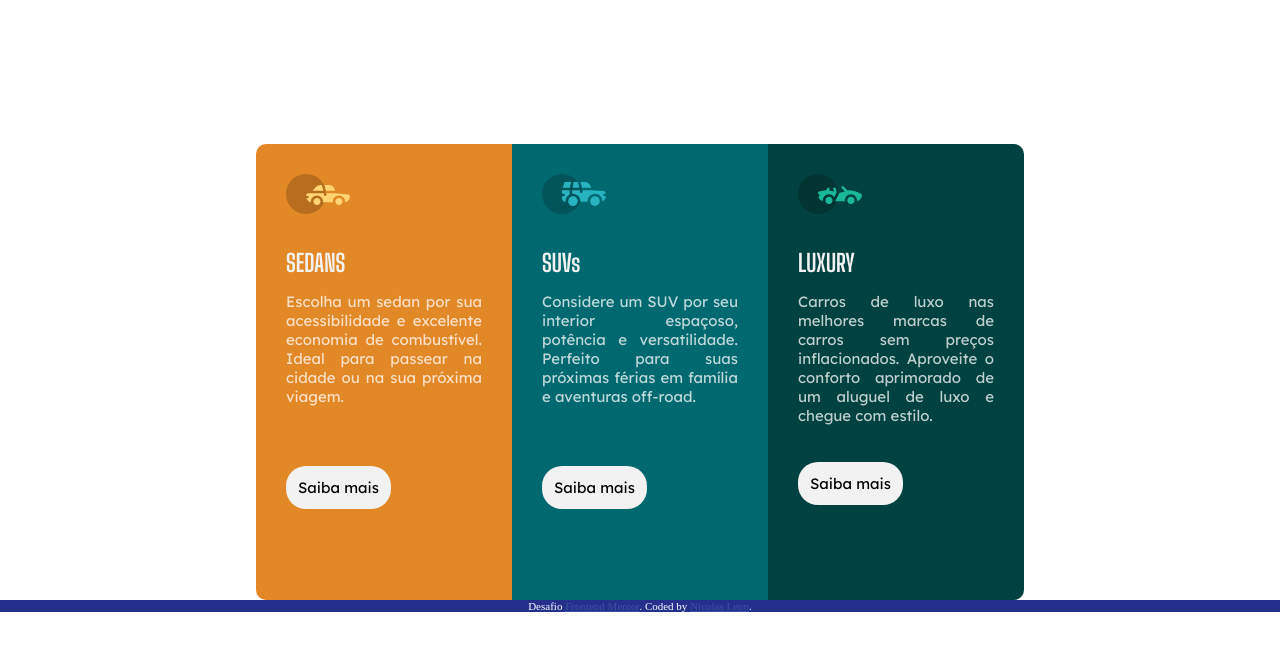
Repository: Leonngc/Car-cards
Page: index.html
An editor plug-in stored every save of this project. The page is shown before and after the next save, followed by the edit.
The browser window is 1280 px wide. The pictures show the whole page.

Above is the page before, as saved 2023-01-17 19:18:59.

### index.html
<!DOCTYPE html>
<html lang="pt-br">
  <head>
    <meta charset="UTF-8" />
    <meta name="viewport" content="width=device-width, initial-scale=1.0" />
    <!-- displays site properly based on user's device -->

    <link
      rel="icon"
      type="image/png"
      sizes="32x32"
      href="./images/favicon-32x32.png"
    />

    <link rel="stylesheet" href="styles/style.css" />

    <title>Frontend Mentor | 3-column preview card component</title>

    <!-- Feel free to remove these styles or customise in your own stylesheet 👍 -->
    <style>
      .attribution {
        font-size: 11px;
        text-align: center;
      }
      .attribution a {
        color: hsl(228, 45%, 44%);
      }
    </style>
  </head>
  <body>
    <main>
      <div class="card" id="sedan">
        <div class="image"><img src="images/icon-sedans.svg" alt="" /></div>
        <h2>SEDANS</h2>
        <p>
          Escolha um sedan por sua acessibilidade e excelente economia de
          combustível. Ideal para passear na cidade ou na sua próxima viagem.
        </p>
        <button>Saiba mais</button>
      </div>
      <div class="card" id="suv">
        <div class="image"><img src="images/icon-suvs.svg" alt="" /></div>

        <h2>SUVs</h2>
        <p>
          Considere um SUV por seu interior espaçoso, potência e versatilidade.
          Perfeito para suas próximas férias em família e aventuras off-road.
        </p>
        <button>Saiba mais</button>
      </div>
      <div class="card" id="luxury">
        <div class="image"><img src="images/icon-luxury.svg" alt="" /></div>
        <h2>LUXURY</h2>
        <p>
          Carros de luxo nas melhores marcas de carros sem preços inflacionados.
          Aproveite o conforto aprimorado de um aluguel de luxo e chegue com
          estilo.
        </p>
        <button>Saiba mais</button>
      </div>
    </main>

    <footer class="attribution">
      Desafio
      <a href="https://www.frontendmentor.io?ref=challenge" target="_blank"
        >Frontend Mentor</a
      >. Coded by <a href="#">Nicolas Leon</a>.
    </footer>
  </body>
</html>

### styles/style.css
@import url('https://fonts.googleapis.com/css2?family=Lexend+Deca&display=swap');

@import url('https://fonts.googleapis.com/css2?family=Big+Shoulders+Display:wght@700&display=swap');

*{
    margin: 0 auto;
    padding: 0;
}

:root{
    --font-body: 'Lexend Deca', sans-serif;

    --font-title: 'Big Shoulders Display', cursive;
}


/* Basic styles */


main{
    display: flex;
    margin: auto;
    margin-top: 20vh;
    margin-left: 20vw;
    margin-right: 20vw;
}
.card{
    padding: 30px;
    height: 55vh;
    width: 90vw;
}
.card > p{
    font-family: var(--font-body);
    margin-bottom: 60px;
    text-align: justify;
    font-size: 15px;
    color: hsla(0, 0%, 100%, 0.75);
}
.card > h2{
    font-family: var(--font-title);
    padding-top: 30px;
    padding-bottom:15px;
    color:  hsl(0, 0%, 95%);
}

#sedan{
    background-color: hsl(31, 77%, 52%);
    border-top-left-radius: 10px;
    border-bottom-left-radius: 10px;
}

#suv{
   background-color:hsl(184, 100%, 22%)
}

#luxury{
    background-color: hsl(179, 100%, 13%);
    border-top-right-radius: 10px;
    border-bottom-right-radius: 10px;
}

#luxury > p{
    margin-bottom: 37px;
}

button{
    padding: 12px;
    border-radius: 20px;
    background-color: hsl(0, 0%, 95%);
    border: 0;
    font-family: var(--font-body);
    font-size: 15px;
 }

 button:hover{
    background-color: hsla(0, 0%, 54%, 0);
    border: 2px solid rgb(255, 255, 255);
    color: hsl(0, 0%, 100%);
  }


  footer{
    background-color: rgb(36, 48, 140);
    color: white;
  }

  footer > p{
    font-size: 18px;
  }
/* Animations */




/* Media Queries */

After the next save:
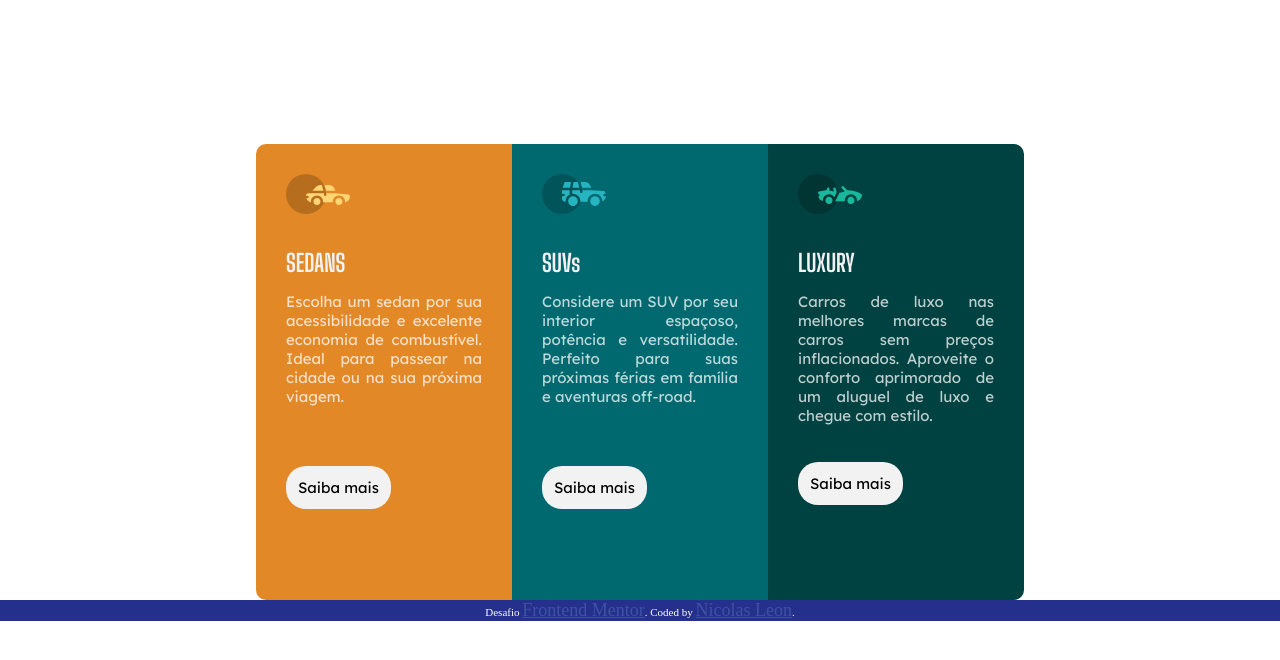
Saved 19 s later.
--- a/styles/style.css
+++ b/styles/style.css
@@ -84,7 +84,7 @@
     color: white;
   }
 
-  footer > p{
+  footer > a{
     font-size: 18px;
   }
 /* Animations */

After the 3 saves that followed:
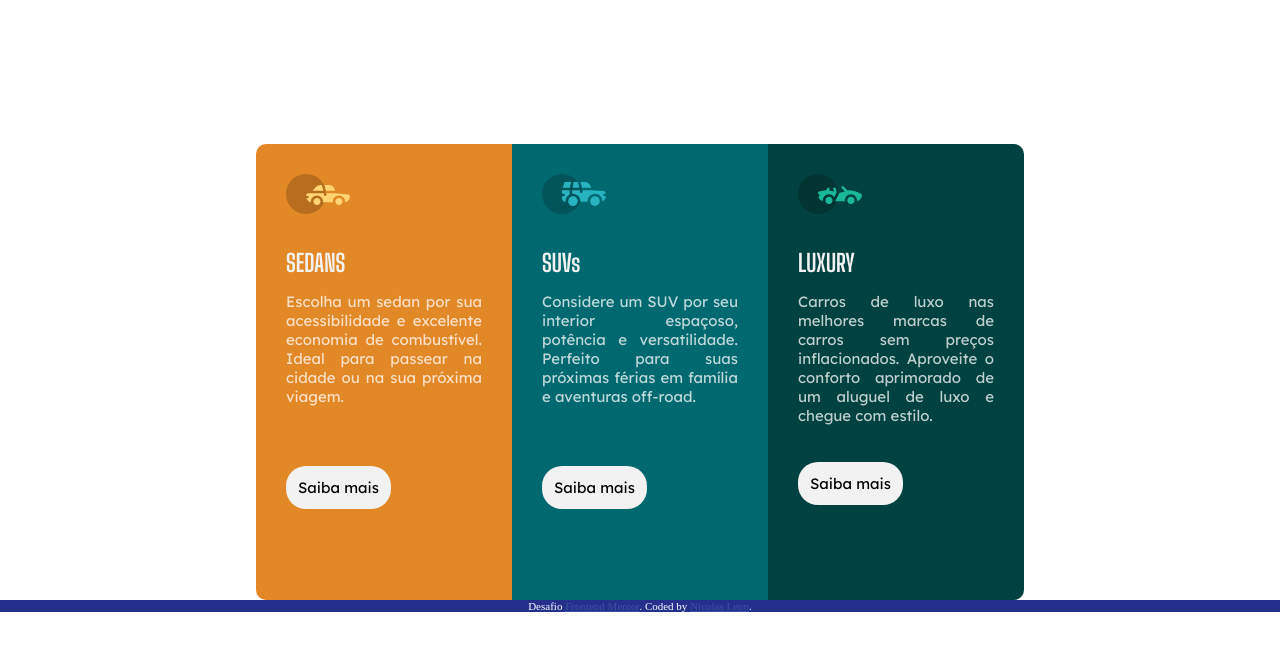
The 3 saves are shown as one change because 2 left the picture as it was.
The last was saved 41 s later.
--- a/index.html
+++ b/index.html
@@ -61,10 +61,12 @@
     </main>
 
     <footer class="attribution">
-      Desafio
-      <a href="https://www.frontendmentor.io?ref=challenge" target="_blank"
-        >Frontend Mentor</a
-      >. Coded by <a href="#">Nicolas Leon</a>.
+      <p>
+        Desafio
+        <a href="https://www.frontendmentor.io?ref=challenge" target="_blank"
+          >Frontend Mentor</a
+        >. Coded by <a href="#">Nicolas Leon</a>.
+      </p>
     </footer>
   </body>
 </html>
--- a/styles/style.css
+++ b/styles/style.css
@@ -84,9 +84,6 @@
     color: white;
   }
 
-  footer > a{
-    font-size: 18px;
-  }
 /* Animations */
 
 
